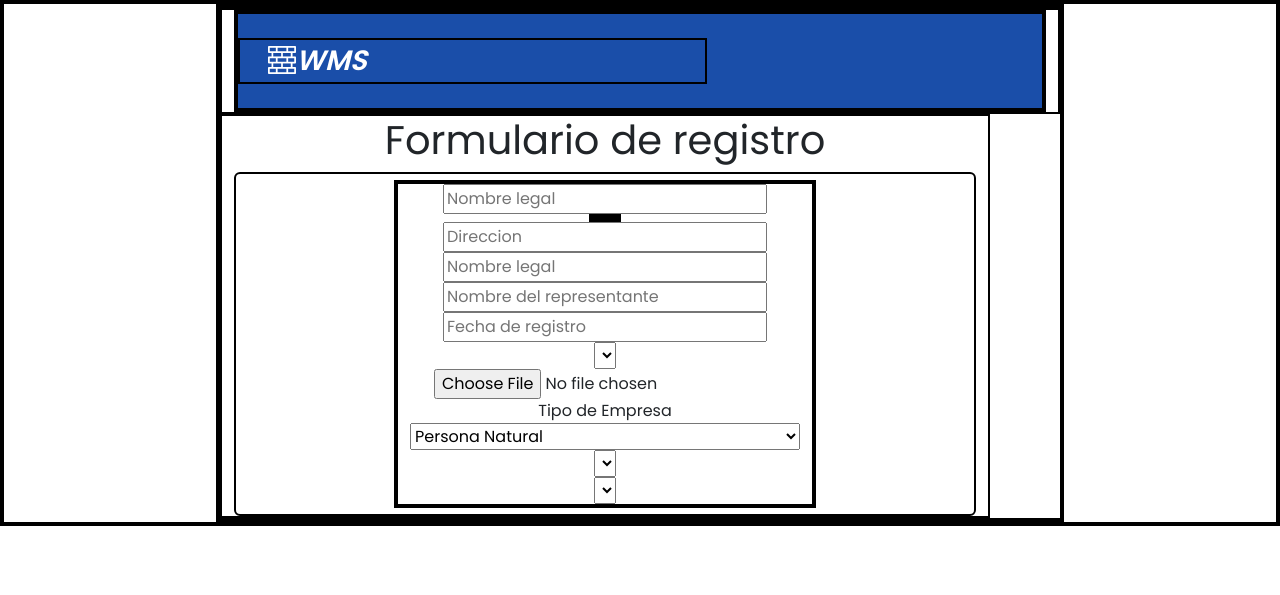
Repository: Rafa-x64/Gestion_inventario_practica
Page: http://localhost/Gestion_inventario/index.php?page=registro-empresa
The author's editor kept a copy of each file at every save. The page is drawn from the files as they stood at one save, then again after a run of saves.
The browser window is 1280 px wide. The pictures show the whole page.
The page is run by PHP 8.4 with error messages shown; the project is at /var/www/html/.

Above is the page before, as saved 2025-07-22 17:54:29.

After the next 2 saves:
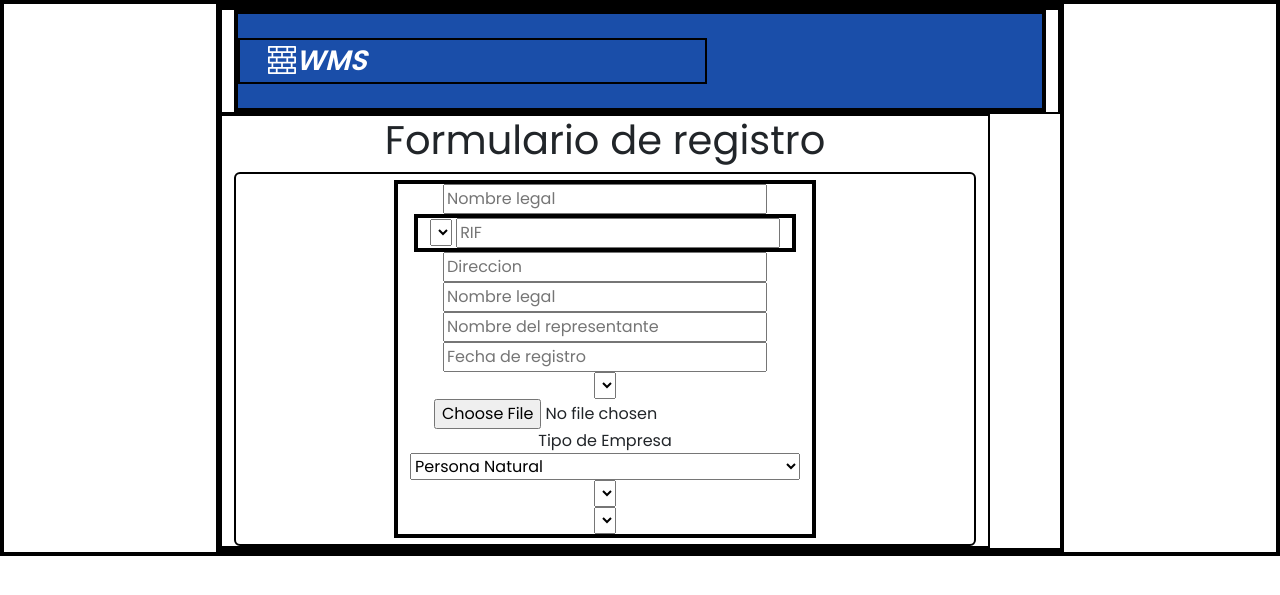
The 2 saves are shown as one change because they came seconds apart.
The last was saved 6 s later.
--- a/view/php/registro-empresa-view.php
+++ b/view/php/registro-empresa-view.php
@@ -32,7 +32,15 @@
                                 <input type="text" name="" id="nombre_legal" placeholder="Nombre legal">
                                 <div class="row">
                                     <div class="col-12">
-
+                                        <select name="" id="">
+                                            <option value=""></option>
+                                            <option value=""></option>
+                                            <option value=""></option>
+                                            <option value=""></option>
+                                            <option value=""></option>
+                                            <option value=""></option>
+                                        </select>
+                                        <input type="text" name="" id="rif" placeholder="RIF">
                                     </div>
                                 </div>
                                 <input type="text" name="" id="direccion" placeholder="Direccion">
